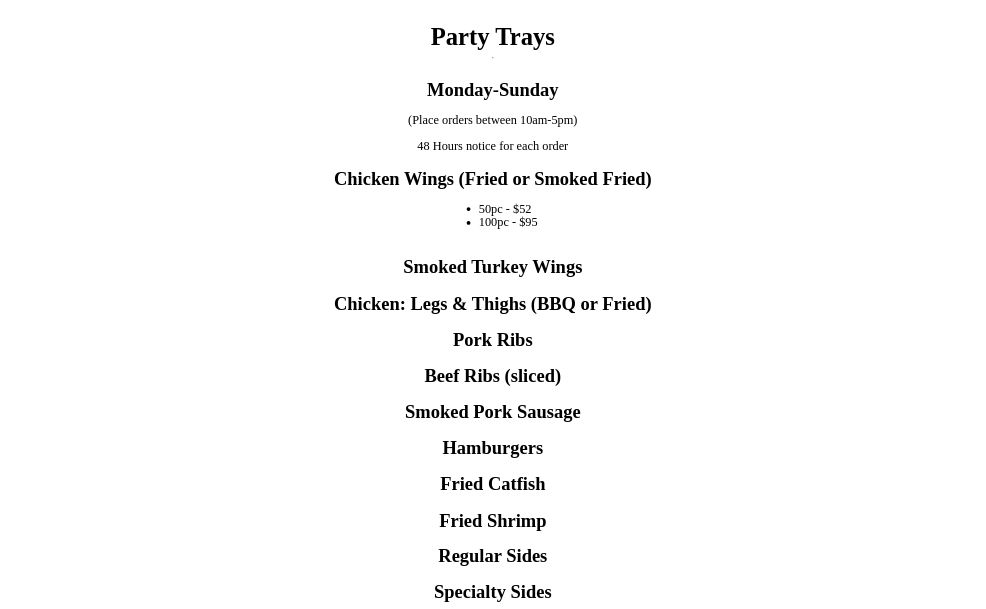
Repository: dukedward/smokehousemenu
Page: pages/trays.html
An editor plug-in stored every save of this project. The page is shown before and after the next save, followed by the edit.
The browser window is 1280 px wide. The pictures show the whole page, at 77% of full size.

Above is the page before, as saved 2023-02-28 14:07:12.

### pages/trays.html
<!DOCTYPE html>
<html lang="en">
<head>
    <meta charset="UTF-8">
    <meta http-equiv="X-UA-Compatible" content="IE=edge">
    <meta name="viewport" content="width=device-width, initial-scale=1.0">
    <link rel="stylesheet" href="trays.css" />
    <title>Party Trays</title>
</head>
<body>
    <div class="title">
        <h1>Party Trays</h1>
        <hr>
        <h2>Monday-Sunday</h2>
        <p>(Place orders between 10am-5pm)</p>
        <p>48 Hours notice for each order</p>
    </div>
    <div class="sections">
        <div class="sect">
            <h2>Chicken Wings (Fried or Smoked Fried)</h2>
            <ul>
                <li>50pc - $52</li>
                <li>100pc - $95</li>
            </ul>
        </div>
        <div class="sect">
            <h2>Smoked Turkey Wings</h2>
        </div>
        <div class="sect">
            <h2>Chicken: Legs & Thighs (BBQ or Fried)</h2>
        </div>
        <div class="sect">
            <h2>Pork Ribs</h2>
        </div>
        <div class="sect">
            <h2>Beef Ribs (sliced)</h2>
        </div>
        <div class="sect">
            <h2>Smoked Pork Sausage</h2>
        </div>
        <div class="sect">
            <h2>Hamburgers</h2>
        </div>
        <div class="sect">
            <h2>Fried Catfish</h2>
        </div>
        <div class="sect">
            <h2>Fried Shrimp</h2>
        </div>
        <div class="sect">
            <h2>Regular Sides</h2>
        </div>
        <div class="sect">
            <h2>Specialty Sides</h2>
        </div>
    </div>
</body>
</html>

### pages/trays.css
/* * {
	margin: 0;
	padding: 0;
} */

.title {
	display: flex;
	flex-direction: column;
	justify-content: center;
	align-items: center;
}

.title h1,h2,p {
    margin-bottom: 0;
}

.sections {
	display: grid;
	/* display: flex; */
	/* justify-content: center; */
	/* align-items: center; */
}

.sect, .sub-sect {
	display: flex;
	flex-direction: column;
	justify-content: center;
	align-items: center;
}

.sect h2,h3 {
    margin-bottom: 0;
}

.desc {
    display: flex;
    flex-direction: row;
    justify-content: space-between;
}

.desc p {
    padding-right: 1rem;
}

dt {
    font-size: medium;
    font-weight: bold;
}

dd {
    margin-bottom: 1rem;
}

After the next save:
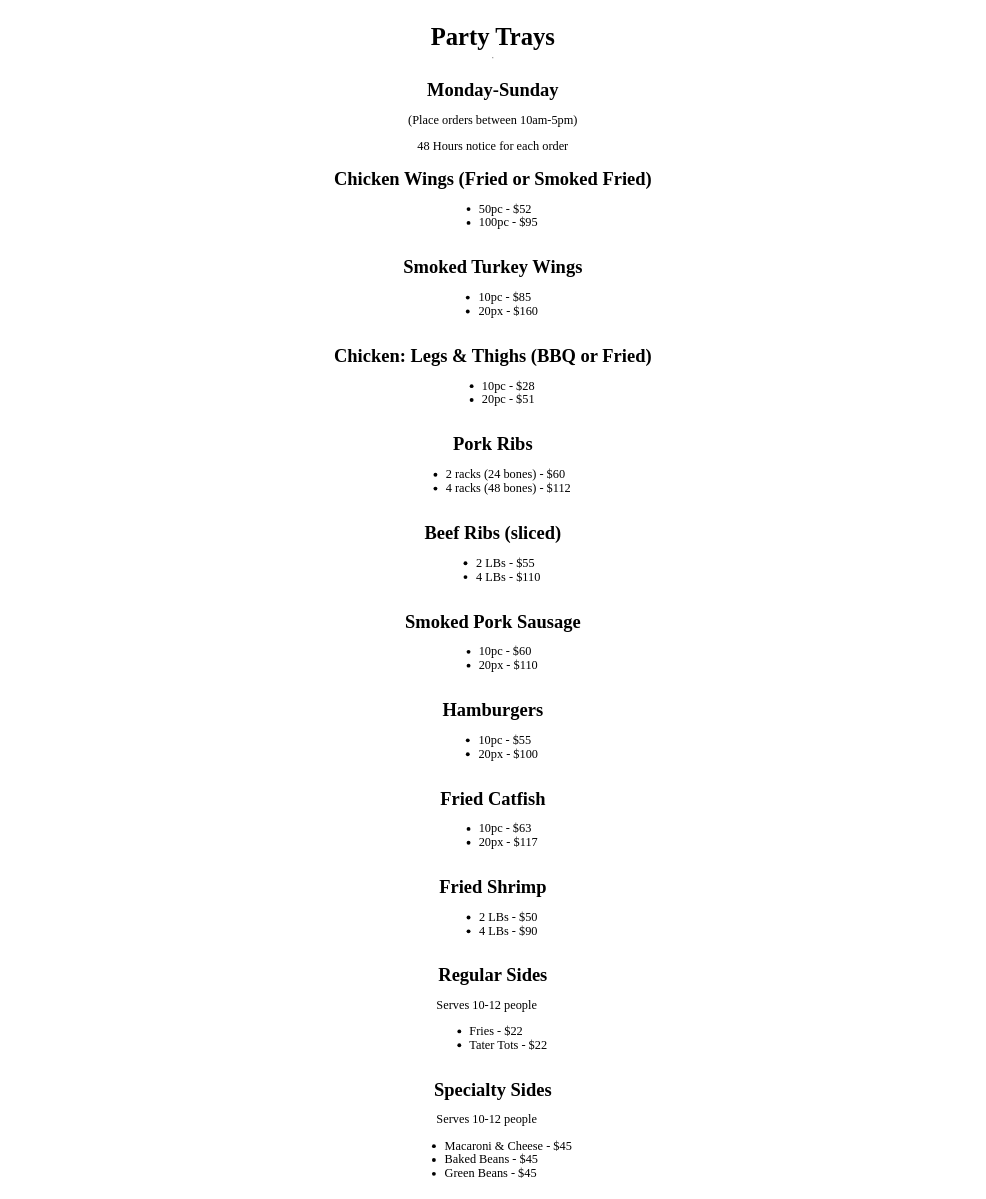
Saved 7 min 44 s later.
--- a/pages/trays.html
+++ b/pages/trays.html
@@ -25,33 +25,80 @@
         </div>
         <div class="sect">
             <h2>Smoked Turkey Wings</h2>
+            <ul>
+                <li>10pc - $85</li>
+                <li>20px - $160</li>
+            </ul>
         </div>
         <div class="sect">
             <h2>Chicken: Legs & Thighs (BBQ or Fried)</h2>
+            <ul>
+                <li>10pc - $28</li>
+                <li>20pc - $51</li>
+            </ul>
         </div>
         <div class="sect">
             <h2>Pork Ribs</h2>
+            <ul>
+                <li>2 racks (24 bones) - $60</li>
+                <li>4 racks (48 bones) - $112</li>
+            </ul>
         </div>
         <div class="sect">
             <h2>Beef Ribs (sliced)</h2>
+            <ul>
+                <li>2 LBs - $55</li>
+                <li>4 LBs - $110</li>
+            </ul>
         </div>
         <div class="sect">
             <h2>Smoked Pork Sausage</h2>
+            <ul>
+                <li>10pc - $60</li>
+                <li>20px - $110</li>
+            </ul>
         </div>
         <div class="sect">
             <h2>Hamburgers</h2>
+            <ul>
+                <li>10pc - $55</li>
+                <li>20px - $100</li>
+            </ul>
         </div>
         <div class="sect">
             <h2>Fried Catfish</h2>
+            <ul>
+                <li>10pc - $63</li>
+                <li>20px - $117</li>
+            </ul>
         </div>
         <div class="sect">
             <h2>Fried Shrimp</h2>
+            <ul>
+                <li>2 LBs - $50</li>
+                <li>4 LBs - $90</li>
+            </ul>
         </div>
         <div class="sect">
             <h2>Regular Sides</h2>
+            <div class="desc">
+                <p>Serves 10-12 people</p>
+            </div>
+            <ul>
+                <li>Fries - $22</li>
+                <li>Tater Tots - $22</li>
+            </ul>
         </div>
         <div class="sect">
             <h2>Specialty Sides</h2>
+            <div class="desc">
+                <p>Serves 10-12 people</p>
+            </div>
+            <ul>
+                <li>Macaroni & Cheese - $45</li>
+                <li>Baked Beans - $45</li>
+                <li>Green Beans - $45</li>
+            </ul>
         </div>
     </div>
 </body>
